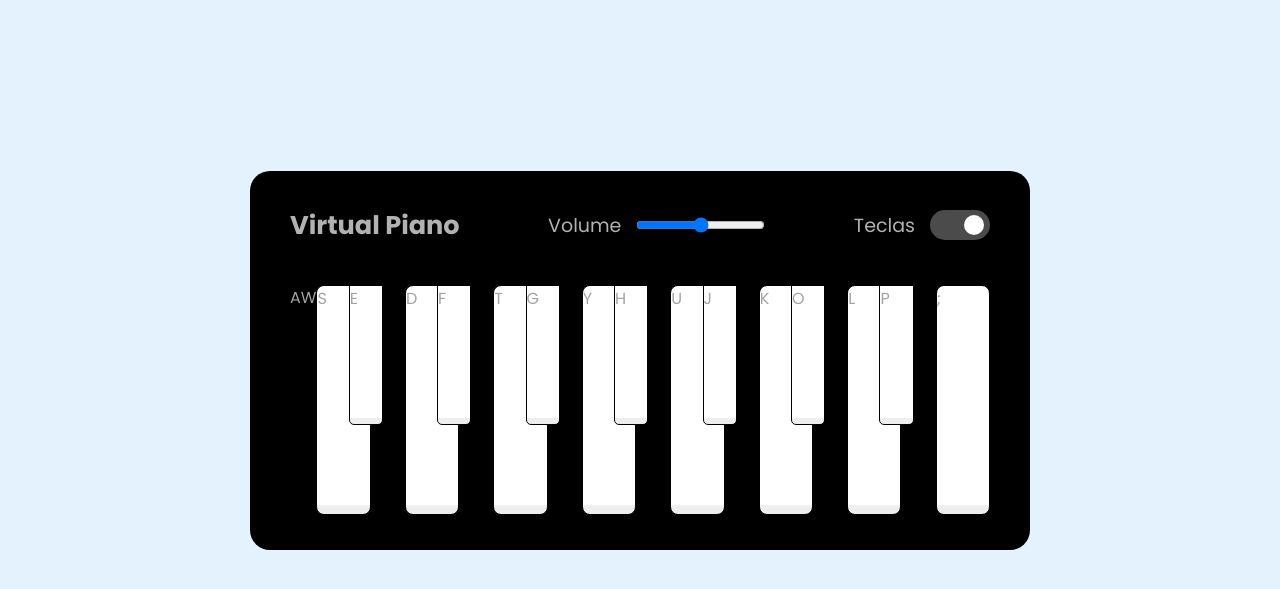
Repository: gustavotwist/simulador-piano
Page: index.html
These files come from the project's save history. The page is drawn as it stood at one moment and after the next save; the edit follows.
The browser window is 1280 px wide. The pictures show the whole page.

Above is the page before, as saved 2024-11-30 17:57:25.

### index.html
<!DOCTYPE html>
<html lang="pt-br">
<head>
    <meta charset="UTF-8">
    <meta name="viewport" content="width=device-width, initial-scale=1.0">
    <title>Piano Simulator</title>

    <!-- styles -->
    <link rel="stylesheet" href="./src/styles/reset.css">
    <link rel="stylesheet" href="./src/styles/main.css">

    <!-- fonts -->
    <link rel="preconnect" href="https://fonts.googleapis.com">
    <link rel="preconnect" href="https://fonts.gstatic.com" crossorigin>
    <link href="https://fonts.googleapis.com/css2?family=Poppins:ital,wght@0,100;0,200;0,400;0,700;1,100;1,200;1,300;1,400&display=swap" rel="stylesheet">
</head>

<body>
    <div class="container">
        <header>
            <h2>Virtual Piano</h2>
            <div class="column volume-slider">
                <span>Volume</span> <input type="range">
            </div>
            <div class="column keys-check">
                <span>Teclas</span> <input type="checkbox" checked>
            </div>
        </header>
        <ul class="piano-keys">
            <li class="key"><span>a</span></li>
            <li class="key"><span>w</span></li>
            <li class="key white"><span>s</span></li>
            <li class="key black"><span>e</span></li>
            <li class="key white"><span>d</span></li>
            <li class="key black"><span>f</span></li>
            <li class="key white"><span>t</span></li>
            <li class="key black"><span>g</span></li>
            <li class="key white"><span>y</span></li>
            <li class="key black"><span>h</span></li>
            <li class="key white"><span>u</span></li>
            <li class="key black"><span>j</span></li>
            <li class="key white"><span>k</span></li>
            <li class="key black"><span>o</span></li>
            <li class="key white"><span>l</span></li>
            <li class="key black"><span>p</span></li>
            <li class="key white"><span>;</span></li>
        </ul>

    </div>

    <script src="./src/scripts/engine.js"></script>
</body>
</html>

### src/styles/reset.css
* {
    margin: 0;
    padding: 0;
    box-sizing: border-box;
    outline: none;
    font-family: "Poppins", sans-serif;
}

### src/styles/main.css
body {
    display: flex;
    align-items: center;
    justify-content: center;
    min-height: 100vh;
    background-color: #e3f2fd;
    color: #fff;
}

.container {
    width: 780px;
    border-radius: 20px;
    padding: 35px 40px;
    background-color: black;
}

.container header {
    color: #b2b2b2;
    display: flex;
    align-items: center;
    justify-content: space-between;
}

header h2 {
    font-size: 1.6rem;
}

header .column {
    display: flex;
    align-items: center;
}

header .column span {
    font-weight: 500;
    margin-right: 15px;
    font-size: 1.19rem;
}

.Volume-slider input {
    accent-color: #fff;
}

.keys-check input {
    width: 60px;
    height: 30px;
    appearance: none;
    border-radius: 30px;
    background-color: #4b4b4b;
    cursor: pointer;
    position: relative;
}

.keys-check input::before {
    content: "";
    height: 20px;
    width: 20px;
    background-color: #8c8c8c;
    top: 50%;
    left: 0.3rem;
    border-radius: inherit;
    position: absolute;
    transform: translateY(-50%);
    transition: all 0.3s ease;
}

.keys-check input:checked::before {
    left: 2.1rem;
    background-color:#fff;
}

.piano-keys {
    display: flex;
    margin-top: 40px;
}

.piano-keys .key {
    cursor: pointer;
    user-select: none;
    list-style: none;
    color: #a2a2a2;
    position: relative;
    text-transform: uppercase;
}

.piano-keys .white {
    width: 70px;
    height: 230px;
    border: 1px solid black;
    border-radius: 8px;
    background: linear-gradient(#fff 96%, #eee 4%);
}

.piano-keys .black {
    width: 44px;
    height: 140px;
    z-index: 2;
    margin: 0 22px 0 -22px;
    border: 1px solid black;
    border-radius: 0 0 5px 5px;
    background: linear-gradient(#fff 96%, #eee 4%);
}

Loaded but not shown: src/scripts/engine.js (no copy from this time; the picture is the same without it)

After the next save:
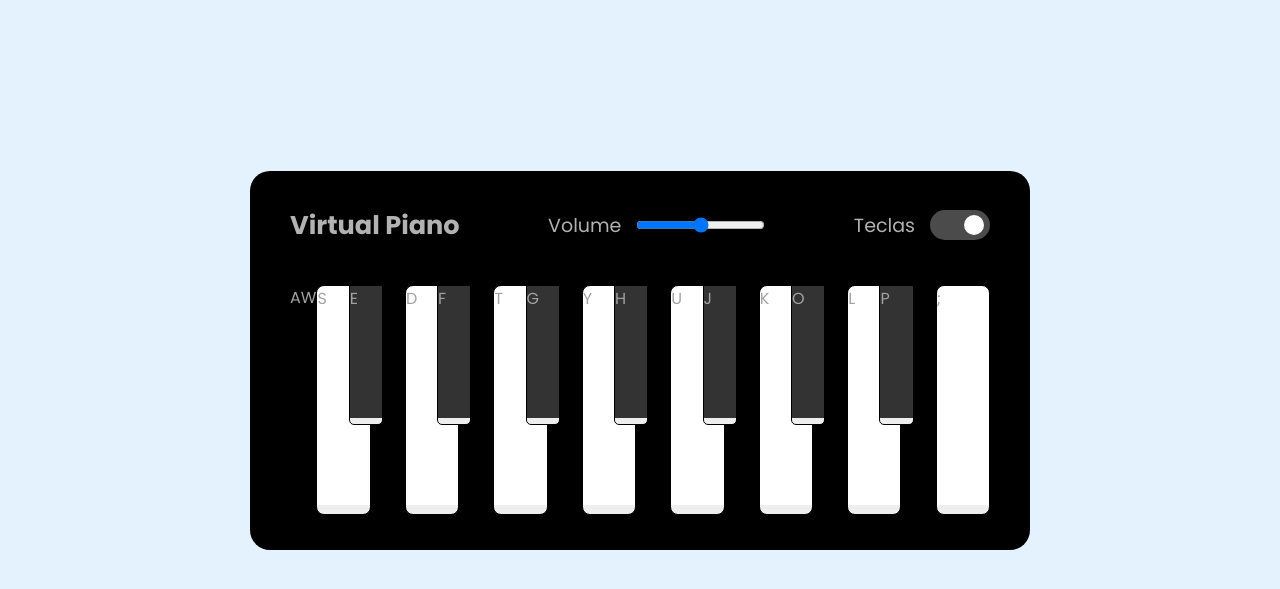
Saved 94 s later.
--- a/src/styles/main.css
+++ b/src/styles/main.css
@@ -97,5 +97,5 @@ header .column span {
     margin: 0 22px 0 -22px;
     border: 1px solid black;
     border-radius: 0 0 5px 5px;
-    background: linear-gradient(#fff 96%, #eee 4%);
+    background: linear-gradient(#333 96%, #eee 4%);
 }
